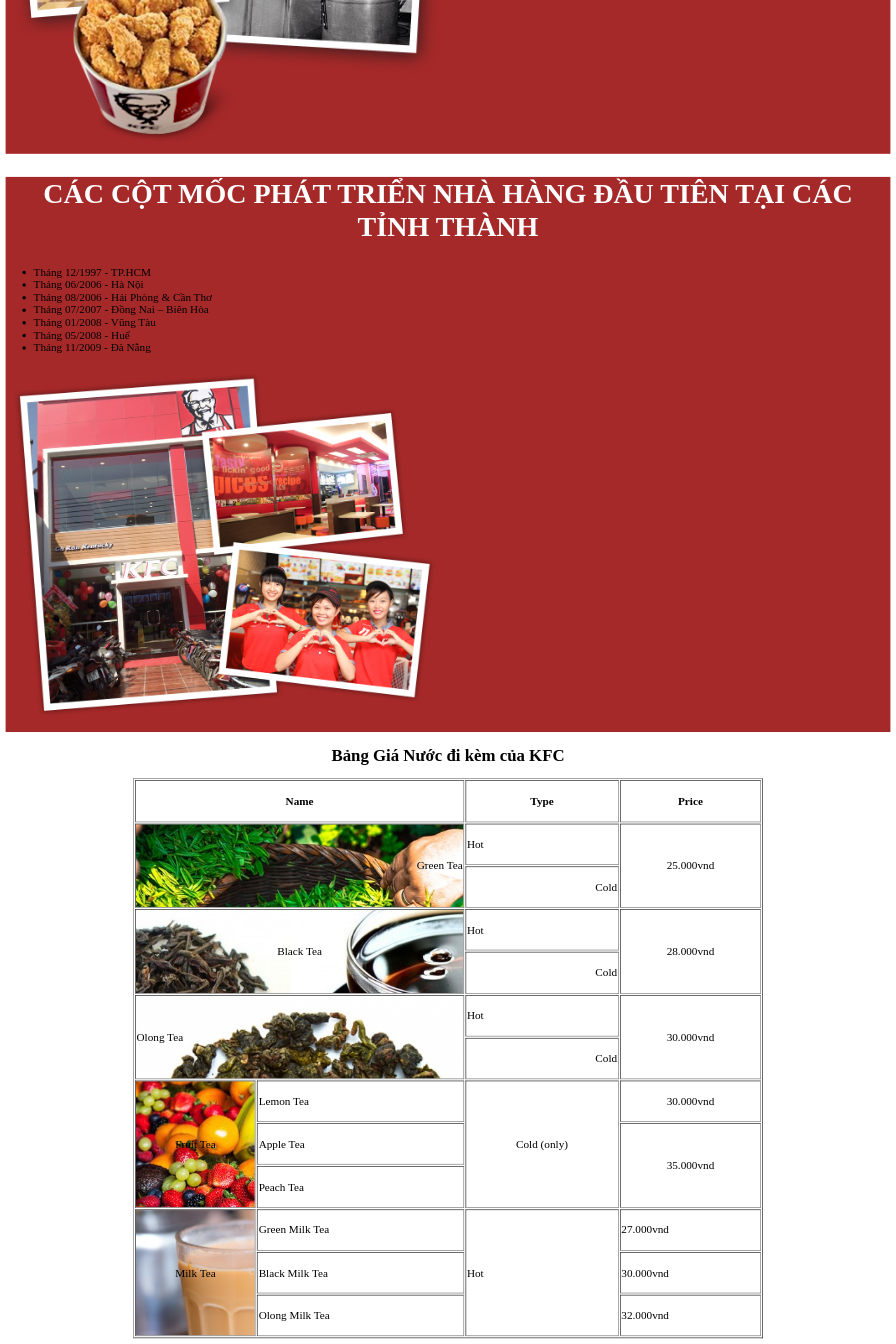
Repository: Edward205204/cybersoft_b1
Page: index.html
The author's editor kept a copy of each file at every save. The page is drawn from the files as they stood at one save, then again after the next save.
The browser window is 1280 px wide. The pictures show the part of the page from y = 984 to 2904 px (the page is 2904 px tall), at 70% of full size.

Above is the page before, as saved 2024-11-11 23:15:47.

### index.html
<!DOCTYPE html>
<html lang="en">
  <head>
    <meta charset="UTF-8" />
    <meta name="viewport" content="width=device-width, initial-scale=1.0" />
    <title>Document</title>
  </head>
  <body>
    <img src="./img/logo.png" alt="Logo KFC" width="100px" height="100px" />
    <h1 style="background-color: #ff0000; color: white">KFC</h1>
    <ul style="list-style: none; margin: 0; padding: 0; font-size: 20px">
      <li>
        <a href="" style="font-size: 20px">Giới thiệu</a>
      </li>
      <li>
        <a href="">Phát Triển</a>
      </li>
      <li>
        <a href="">Đi tới trang Tin tức</a>
      </li>
      <li>
        <a href="">Đi tới trang Khuyến mãi</a>
      </li>
    </ul>
    <div style="background-color: #a62929">
      <h2 style="text-align: center; font-size: 40px; color: white">
        Giới thiêu KFC
      </h2>
      <p style="color: white; font-size: 30px; text-align: justify">
        KFC là cụm từ viết tắt của Kentucky Fried Chicken - Gà Rán Kentucky, một
        trong các thương hiệu thuộc Tập đoàn Yum Brands Inc (Hoa Kỳ). KFC chuyên
        về các sản phẩm gà rán và nướng, với các món ăn kèm theo và các loại
        sandwiches chế biến từ thịt gà tươi. Hiện nay đang có hơn 20.000 nhà
        hàng KFC tại 109 quốc gia và vùng lãnh thổ trên toàn thế giới.
        <br />

        <i style="color: black">
          <b>
            KFC nổi tiếng thế giới với công thức chế biến gà rán truyền thống
            Original Recipe, được tạo bởi cùng một công thức pha trộn bí mật 11
            loại thảo mộc và gia vị khác nhau do Đại tá Harland Sanders hoàn
            thiện hơn nửa thế kỷ trước.
          </b>
        </i>

        Ngoài thực đơn gà rán, KFC còn đa dạng hóa sản phẩm tạo nên thực đơn vô
        cùng phong phú dành cho người tiêu dùng trên toàn thế giới có thể thưởng
        thức hơn 300 món ăn khác nhau từ món gà nướng tại thị trường Việt Nam
        cho tới sandwich cá hồi tại Nhật Bản.
      </p>
      <img src="./img/about-pic-1.png" alt="anh minh hoa " width="50%" />
    </div>

    <div style="background-color: #a62929">
      <h2 style="text-align: center; font-size: 40px; color: white">
        CÁC CỘT MỐC PHÁT TRIỂN NHÀ HÀNG ĐẦU TIÊN TẠI CÁC TỈNH THÀNH
      </h2>
      <ul>
        <li>Tháng 12/1997 - TP.HCM</li>
        <li>Tháng 06/2006 - Hà Nội</li>
        <li>Tháng 08/2006 - Hải Phòng & Cần Thơ</li>
        <li>Tháng 07/2007 - Đồng Nai – Biên Hòa</li>
        <li>Tháng 01/2008 - Vũng Tàu</li>
        <li>Tháng 05/2008 - Huế</li>
        <li>Tháng 11/2009 - Đà Nẵng</li>
      </ul>
      <img src="./img/about-pic-3.png" alt="cot moc phat trien" width="50%" />
    </div>
    <h2 style="text-align: center">Bảng Giá Nước đi kèm của KFC</h2>
    <table border="1" width="900px;" height="800px" align="center">
      <tbody>
        <tr>
          <th colspan="2">Name</th>
          <th>Type</th>
          <th>Price</th>
        </tr>
        <tr>
          <td
            colspan="2"
            rowspan="2"
            background="img/greentea.jpg"
            align="right"
          >
            Green Tea
          </td>
          <td>Hot</td>
          <td rowspan="2" align="center">25.000vnd</td>
        </tr>
        <tr>
          <td align="right">Cold</td>
        </tr>
        <tr>
          <td
            colspan="2"
            rowspan="2"
            background="img/blacktea.jpg"
            align="center"
          >
            Black Tea
          </td>
          <td>Hot</td>
          <td rowspan="2" align="center">28.000vnd</td>
        </tr>
        <tr>
          <td align="right">Cold</td>
        </tr>
        <tr>
          <td colspan="2" rowspan="2" background="img/olongtea.jpg">
            Olong Tea
          </td>
          <td>Hot</td>
          <td rowspan="2" align="center">30.000vnd</td>
        </tr>
        <tr>
          <td align="right">Cold</td>
        </tr>
        <tr>
          <td rowspan="3" background="img/fruit.jpg" align="center">
            Fruit Tea
          </td>
          <td>Lemon Tea</td>
          <td rowspan="3" align="center">Cold (only)</td>
          <td align="center">30.000vnd</td>
        </tr>
        <tr>
          <td>Apple Tea</td>
          <td rowspan="2" align="center">35.000vnd</td>
        </tr>
        <tr>
          <td>Peach Tea</td>
        </tr>
        <tr>
          <td rowspan="3" background="img/milktea.png" align="center">
            Milk Tea
          </td>
          <td>Green Milk Tea</td>
          <td rowspan="3">Hot</td>
          <td>27.000vnd</td>
        </tr>
        <tr>
          <td>Black Milk Tea</td>
          <td>30.000vnd</td>
        </tr>
        <tr>
          <td>Olong Milk Tea</td>
          <td>32.000vnd</td>
        </tr>
      </tbody>
    </table>
  </body>
</html>

After the next save:
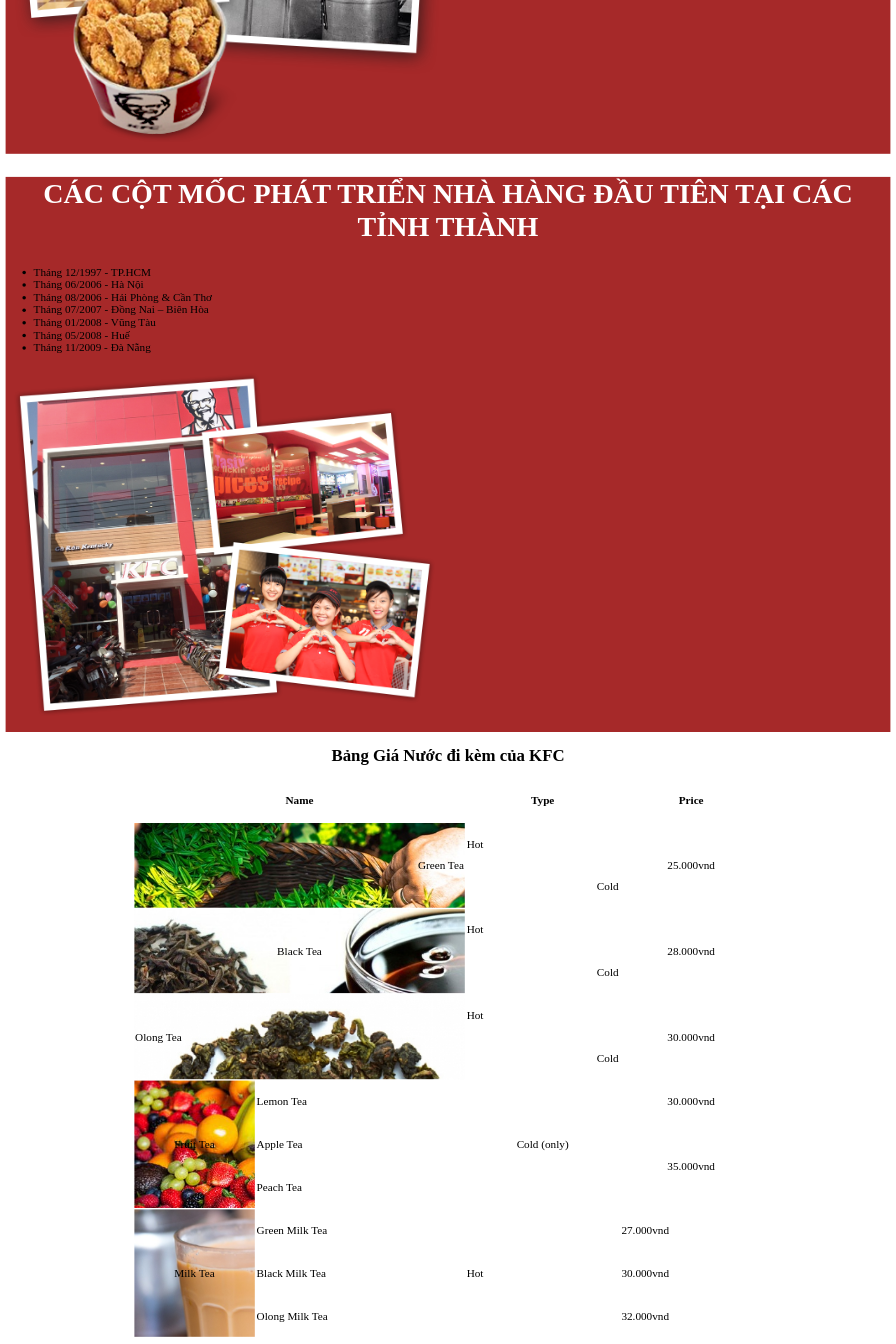
Saved 25 s later.
--- a/index.html
+++ b/index.html
@@ -67,7 +67,7 @@
       <img src="./img/about-pic-3.png" alt="cot moc phat trien" width="50%" />
     </div>
     <h2 style="text-align: center">Bảng Giá Nước đi kèm của KFC</h2>
-    <table border="1" width="900px;" height="800px" align="center">
+    <table width="900px;" height="800px" align="center">
       <tbody>
         <tr>
           <th colspan="2">Name</th>

After the save that followed:
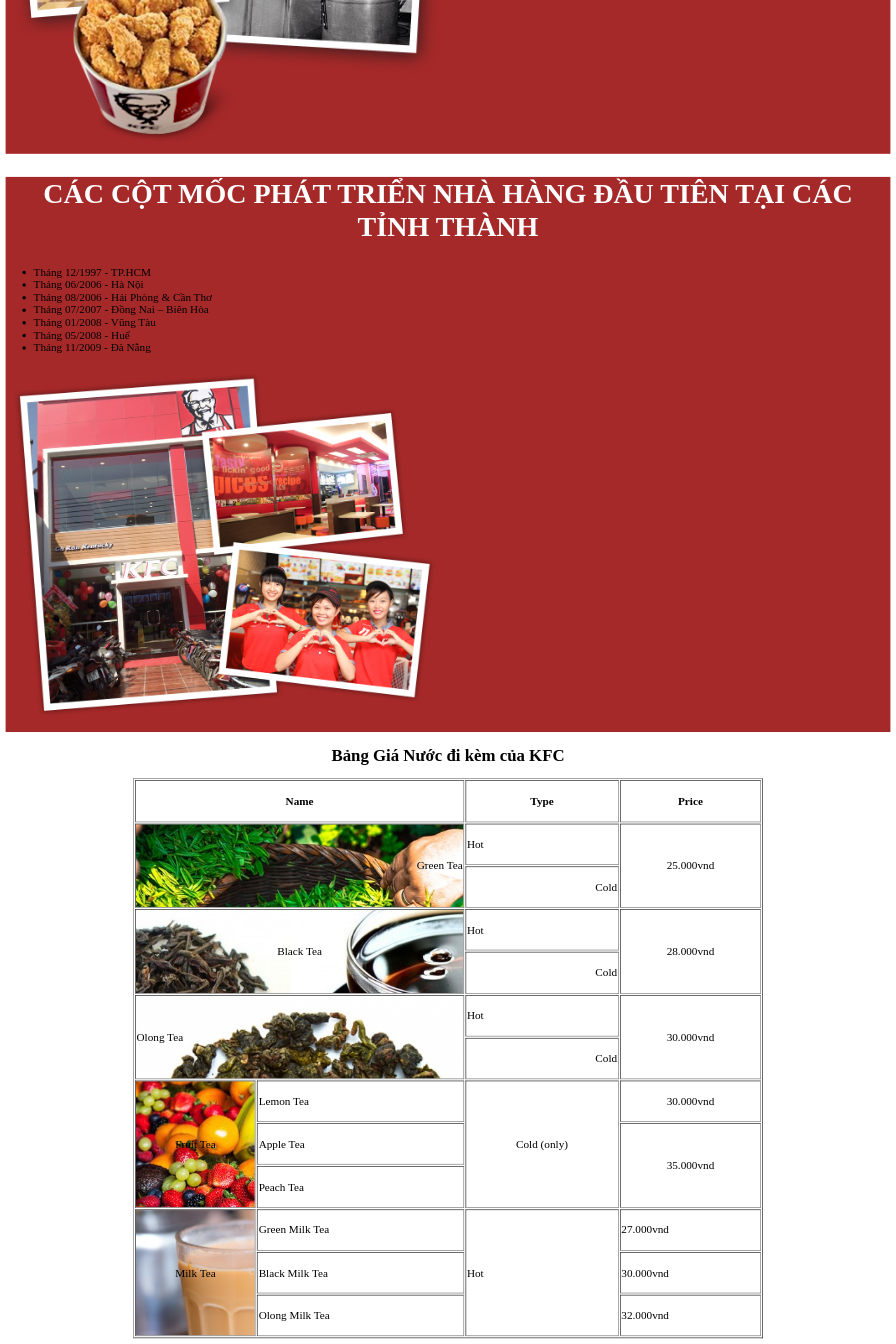
Saved 5 s later.
--- a/index.html
+++ b/index.html
@@ -67,7 +67,7 @@
       <img src="./img/about-pic-3.png" alt="cot moc phat trien" width="50%" />
     </div>
     <h2 style="text-align: center">Bảng Giá Nước đi kèm của KFC</h2>
-    <table width="900px;" height="800px" align="center">
+    <table border="1" width="900px;" height="800px" align="center">
       <tbody>
         <tr>
           <th colspan="2">Name</th>
